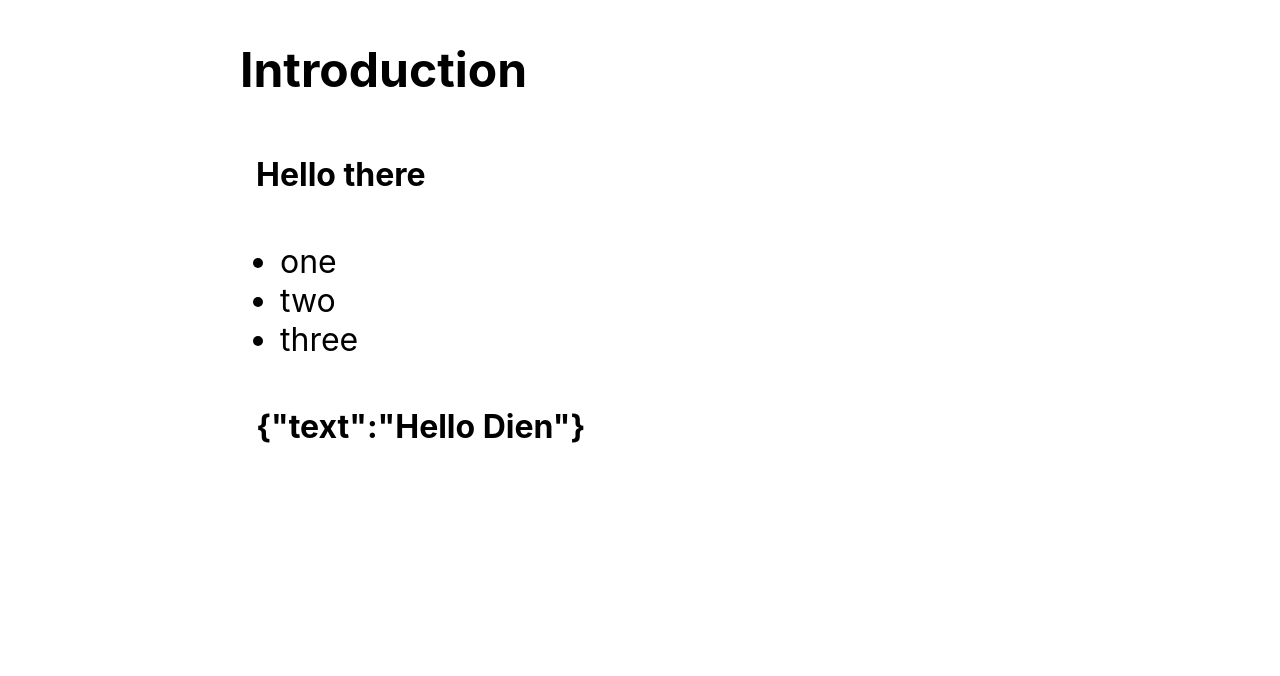
Repository: baodien1405/react-with-typescript
Page: /
These files come from the project's save history. The page is drawn as it stood at one moment and after the next save; the edit follows.
The browser window is 1280 px wide. The pictures show the whole page.
The project was rebuilt for these pictures with package versions that can differ from the ones it lists, and the page was loaded fresh each time.

Above is the page before, as saved 2021-06-08 14:34:31.

After the next save:
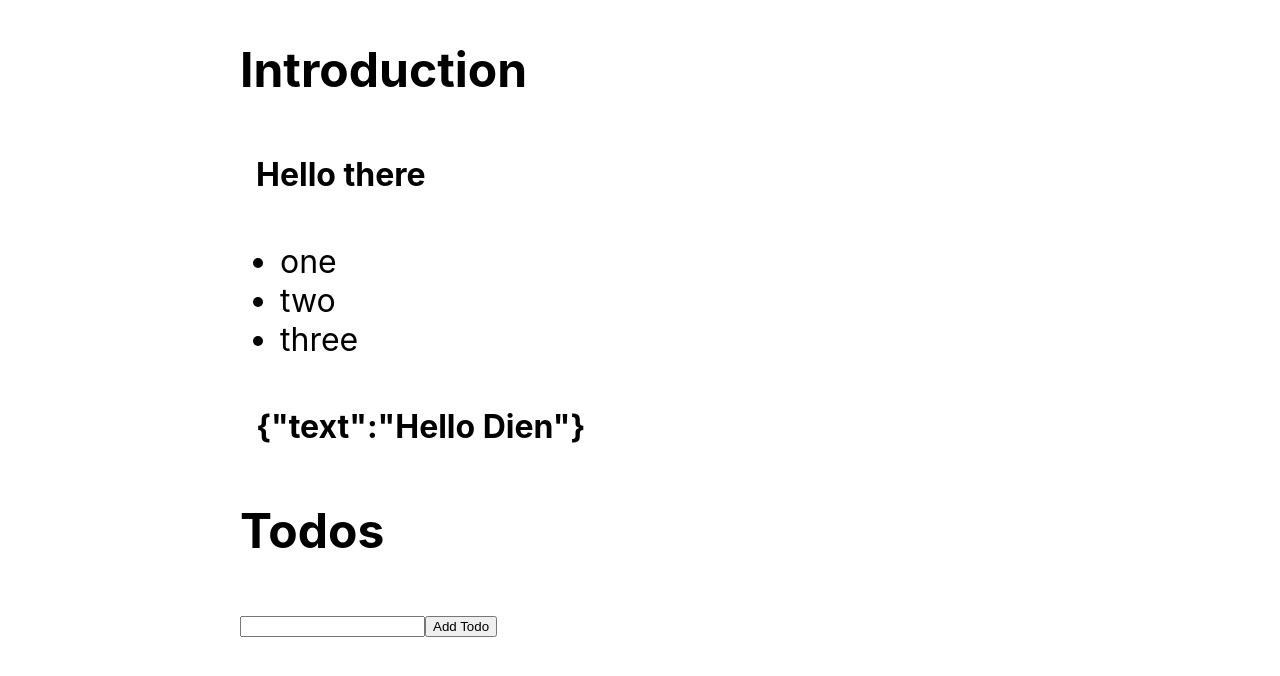
Saved 15 min 29 s later.
--- a/src/App.tsx
+++ b/src/App.tsx
@@ -1,5 +1,5 @@
 
-import { useCallback, useEffect, useReducer, useState } from 'react';
+import { useCallback, useEffect, useReducer, useRef, useState } from 'react';
 import './App.css';
 
 const Heading = ({title}: {title: string}) => <h2>{title}</h2>
@@ -46,6 +46,18 @@ function App() {
       })
   }, [])
 
+  const newTodoRef = useRef<HTMLInputElement>(null);
+
+  const onAddTodo = useCallback(() => {
+    if(newTodoRef.current) {
+      dispatch({
+        type: "ADD",
+        text: newTodoRef.current.value
+      })
+
+    }
+  }, [])
+
   const [todos, dispatch] = useReducer((state: Todo[], action: ActionType) => {
     switch (action.type) {
       case "ADD": {
@@ -69,12 +81,34 @@ function App() {
   const onListClick = useCallback((item: string) => {
     alert(item);
   }, [])
+
   return (
     <div className="App">
      <Heading title="Introduction" />
      <Box>Hello there</Box>
      <List items={["one", "two", "three"]} onClick={onListClick} />
      <Box>{JSON.stringify(payload)}</Box>
+
+     <Heading title="Todos" />
+     {
+       todos.map((todo) => (
+         <div key={todo.id}>
+           {todo.text}
+           <button
+            onClick={() => dispatch({
+              type: "REMOVE",
+              id: todo.id
+            })}
+           >
+             Remove
+           </button>
+        </div>
+       ))
+     }
+     <div>
+       <input type="text" ref={newTodoRef} />
+       <button onClick={onAddTodo}>Add Todo</button>
+     </div>
     </div>
   );
 }
